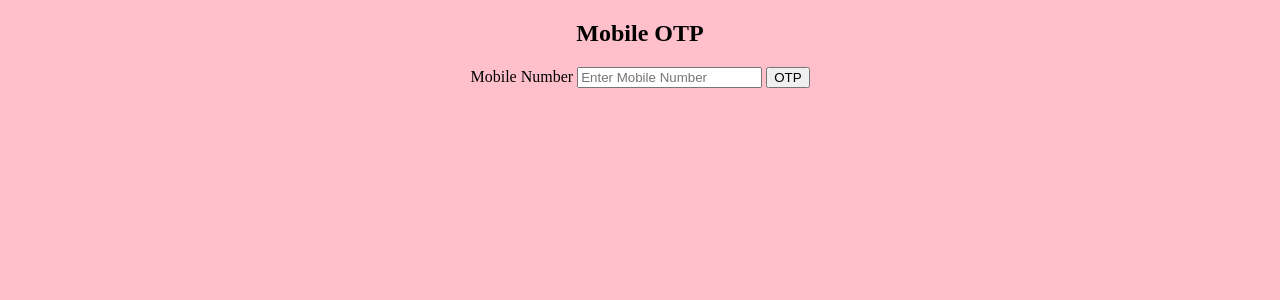
Repository: singhmohan333/springframework
Page: http://localhost/HelloWorld/
The author's editor kept a copy of each file at every save. The page is drawn from the files as they stood at one save, then again after the next save.
The browser window is 1280 px wide. The pictures show the whole page.
Some web libraries are served in a nearby version. The page is served by Tomcat 9. Nobody is signed in. The application's start-up code is not run. Other server files are loaded and not shown.

Above is the page before, as saved 2018-01-25 02:06:18.
Console error (its wording comes from the project's code and is left out).

### HelloWorld/src/main/webapp/index.jsp
<!DOCTYPE html PUBLIC "-//W3C//DTD HTML 4.01 Transitional//EN" "http://www.w3.org/TR/html4/loose.dtd">
<html>
<head>
<meta http-equiv="Content-Type" content="text/html; charset=ISO-8859-1">
<title>Spring 4 MVC - HelloWorld Index Page</title>
</head>
<body bgcolor="pink" alink="red" vlink="blue">
<center>
		<h2>Mobile OTP</h2>
		<div class="form-group">
		<form onclick="/SMSClass">
		<label for="mobilenumber">Mobile Number</label> <input type="text" name="mobileNo" placeholder="Enter Mobile Number">
		<input type="submit" value="OTP">

		</form>

		</div>

</center>
</body>
</html>

After the next save:
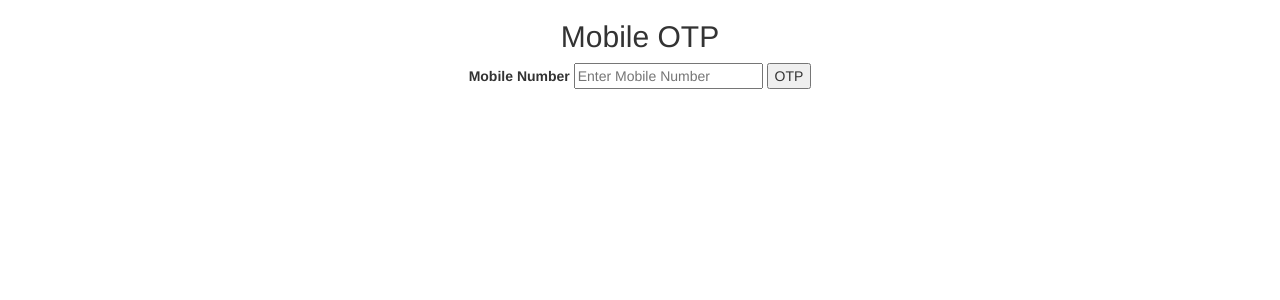
Saved 2 min 7 s later.
--- a/HelloWorld/src/main/webapp/index.jsp
+++ b/HelloWorld/src/main/webapp/index.jsp
@@ -3,6 +3,14 @@
 <head>
 <meta http-equiv="Content-Type" content="text/html; charset=ISO-8859-1">
 <title>Spring 4 MVC - HelloWorld Index Page</title>
+<!-- Latest compiled and minified CSS -->
+<link rel="stylesheet" href="https://maxcdn.bootstrapcdn.com/bootstrap/3.3.7/css/bootstrap.min.css">
+
+<!-- jQuery library -->
+<script src="https://ajax.googleapis.com/ajax/libs/jquery/3.2.1/jquery.min.js"></script>
+
+<!-- Latest compiled JavaScript -->
+<script src="https://maxcdn.bootstrapcdn.com/bootstrap/3.3.7/js/bootstrap.min.js"></script>
 </head>
 <body bgcolor="pink" alink="red" vlink="blue">
 <center>
